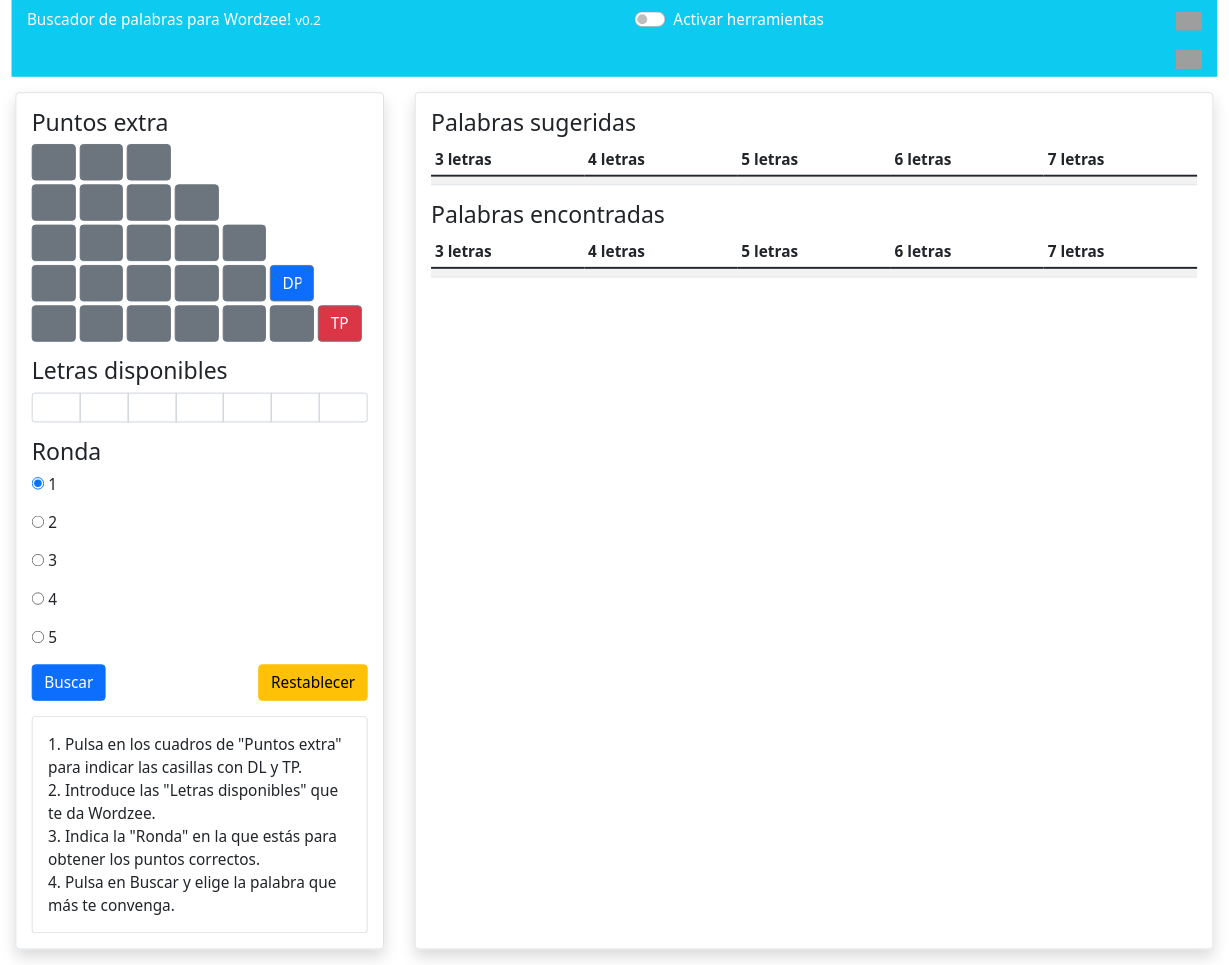
Repository: angelcafe/wordzee-bp_javascript
Page: index.html
The author's editor kept a copy of each file at every save. The page is drawn from the files as they stood at one save, then again after the next save.
The browser window is 1280 px wide. The pictures show the whole page, at 96% of full size.
Pictures or frames that could not be fetched are drawn as grey boxes.

Above is the page before, as saved 2021-10-22 22:12:37.

### index.html
<!DOCTYPE html>
<html lang="es">

<head>
    <meta charset="UTF-8">
    <meta name="viewport" content="width=device-width, initial-scale=1">
    <meta http-equiv="Expires" content="0">
    <meta http-equiv="Last-Modified" content="0">
    <meta http-equiv="Cache-Control" content="no-cache, mustrevalidate">
    <meta http-equiv="Pragma" content="no-cache">
    <link rel="icon" href="favicon.ico" type="image/ico" />
    <link rel="stylesheet" href="https://cdn.jsdelivr.net/npm/bootstrap@5.1.3/dist/css/bootstrap.min.css" integrity="sha384-1BmE4kWBq78iYhFldvKuhfTAU6auU8tT94WrHftjDbrCEXSU1oBoqyl2QvZ6jIW3" crossorigin="anonymous">
    <link rel="stylesheet" href="https://cdn.jsdelivr.net/npm/bootstrap-icons@1.5.0/font/bootstrap-icons.css">
    <link rel="stylesheet" href="index.css">
    <title>Busca palabras</title>
</head>

<body>
    <div class="container-fluid">
        <!-- Cabecera -->
        <nav class="nav d-flex justify-content-between bg-info">
            <li class="nav-item">
                <span class="nav-link text-white">Buscador de palabras para Wordzee! <small>v0.2</small></span>
            </li>
            <li class="nav-item">
                <div class="nav-link text-white form-check form-switch">
                    <input class="form-check-input" type="checkbox" role="switch" id="idActivarHerramientas">
                    <label class="form-check-label" for="idActivarHerramientas">Activar herramientas</label>
                </div>
            </li>
            <li class="nav-item">
                <a class="nav-link" href="https://www.facebook.com/BuscaPalabras-para-Wordzee-106324508497974" target="_blank"><img src="https://upload.wikimedia.org/wikipedia/commons/5/51/Facebook_f_logo_%282019%29.svg" height="20"></a>
                <a class="nav-link" href="https://t.me/buscadorwordzee" target="_blank"><img src="https://upload.wikimedia.org/wikipedia/commons/thumb/8/83/Telegram_2019_Logo.svg/2048px-Telegram_2019_Logo.svg.png" height="20"></a>
            </li>
        </nav>
        <div class="row">
            <!-- Puntos extra -->
            <div id="idPuntosExtra" class="col border shadow rounded m-3 p-3">
                <form name="principal" id="principal" method="POST">
                    <h4>Puntos extra</h4>
                    <div class="p-0 mb-1">
                        <input type="text" name="pal3let1" id="pal3let1" class="btn btn-secondary bg-info" value="" readonly>
                        <input type="text" name="pal3let2" id="pal3let2" class="btn btn-secondary info" value="" readonly>
                        <input type="text" name="pal3let3" id="pal3let3" class="btn btn-secondary info" value="" readonly>
                    </div>
                    <div class="p-0 mb-1">
                        <input type="text" name="pal4let1" id="pal4let1" class="btn btn-secondary info" value="" readonly>
                        <input type="text" name="pal4let2" id="pal4let2" class="btn btn-secondary info" value="" readonly>
                        <input type="text" name="pal4let3" id="pal4let3" class="btn btn-secondary info" value="" readonly>
                        <input type="text" name="pal4let4" id="pal4let4" class="btn btn-secondary info" value="" readonly>
                    </div>
                    <div class="p-0 mb-1">
                        <input type="text" name="pal5let1" id="pal5let1" class="btn btn-secondary info" value="" readonly>
                        <input type="text" name="pal5let2" id="pal5let2" class="btn btn-secondary info" value="" readonly>
                        <input type="text" name="pal5let3" id="pal5let3" class="btn btn-secondary info" value="" readonly>
                        <input type="text" name="pal5let4" id="pal5let4" class="btn btn-secondary info" value="" readonly>
                        <input type="text" name="pal5let5" id="pal5let5" class="btn btn-secondary info" value="" readonly>
                    </div>
                    <div class="p-0 mb-1">
                        <input type="text" name="pal6let1" id="pal6let1" class="btn btn-secondary info" value="" readonly>
                        <input type="text" name="pal6let2" id="pal6let2" class="btn btn-secondary info" value="" readonly>
                        <input type="text" name="pal6let3" id="pal6let3" class="btn btn-secondary info" value="" readonly>
                        <input type="text" name="pal6let4" id="pal6let4" class="btn btn-secondary info" value="" readonly>
                        <input type="text" name="pal6let5" id="pal6let5" class="btn btn-secondary info" value="" readonly>
                        <input type="text" name="pal6let6" id="pal6let6" class="btn btn-secondary info" value="" readonly>
                    </div>
                    <div class="p-0 mb-3">
                        <input type="text" name="pal7let1" id="pal7let1" class="btn btn-secondary info" value="" readonly>
                        <input type="text" name="pal7let2" id="pal7let2" class="btn btn-secondary info" value="" readonly>
                        <input type="text" name="pal7let3" id="pal7let3" class="btn btn-secondary info" value="" readonly>
                        <input type="text" name="pal7let4" id="pal7let4" class="btn btn-secondary info" value="" readonly>
                        <input type="text" name="pal7let5" id="pal7let5" class="btn btn-secondary info" value="" readonly>
                        <input type="text" name="pal7let6" id="pal7let6" class="btn btn-secondary info" value="" readonly>
                        <input type="text" name="pal7let7" id="pal7let7" class="btn btn-secondary info" value="" readonly>
                    </div>
                    <h4>Letras disponibles</h4>
                    <div class="input-group input-group-sm mb-3" id="letras">
                        <input name="letra1" id="idLetra1" type="text" size="1" maxlength="1" autocomplete="off" required="required" class="form-control text-uppercase" value="">
                        <input name="letra2" id="idLetra2" type="text" size="1" maxlength="1" autocomplete="off" required="required" class="form-control text-uppercase" value="">
                        <input name="letra3" id="idLetra3" type="text" size="1" maxlength="1" autocomplete="off" required="required" class="form-control text-uppercase" value="">
                        <input name="letra4" id="idLetra4" type="text" size="1" maxlength="1" autocomplete="off" required="required" class="form-control text-uppercase" value="">
                        <input name="letra5" id="idLetra5" type="text" size="1" maxlength="1" autocomplete="off" required="required" class="form-control text-uppercase" value="">
                        <input name="letra6" id="idLetra6" type="text" size="1" maxlength="1" autocomplete="off" required="required" class="form-control text-uppercase" value="">
                        <input name="letra7" id="idLetra7" type="text" size="1" maxlength="1" autocomplete="off" required="required" class="form-control text-uppercase" value="">
                    </div>
                    <h4>Ronda</h4>
                    <div class="custom-control custom-radio custom-control-inline mb-3">
                        <input type="radio" id="idRonda1" name="ronda" value="1" class="custom-control-input" checked>
                        <label class="custom-control-label" for="idRonda1">1</label>
                    </div>
                    <div class="custom-control custom-radio custom-control-inline mb-3">
                        <input type="radio" id="idRonda2" name="ronda" value="2" class="custom-control-input">
                        <label class="custom-control-label" for="idRonda2">2</label>
                    </div>
                    <div class="custom-control custom-radio custom-control-inline mb-3">
                        <input type="radio" id="idRonda3" name="ronda" value="3" class="custom-control-input">
                        <label class="custom-control-label" for="idRonda3">3</label>
                    </div>
                    <div class="custom-control custom-radio custom-control-inline mb-3">
                        <input type="radio" id="idRonda4" name="ronda" value="4" class="custom-control-input">
                        <label class="custom-control-label" for="idRonda4">4</label>
                    </div>
                    <div class="custom-control custom-radio custom-control-inline mb-3">
                        <input type="radio" id="idRonda5" name="ronda" value="5" class="custom-control-input">
                        <label class="custom-control-label" for="idRonda5">5</label>
                    </div>
                    <div class="btn-toolbar justify-content-between mt-1">
                        <button type="submit" class="btn btn-primary">Buscar</button>
                        <button type="button" onclick="restablecer()" class="btn btn-warning">Restablecer</button>
                    </div>
                </form>
                <div class="card mt-3">
                    <div class="card-body">
                        1. Pulsa en los cuadros de "Puntos extra" para indicar las casillas con DL y TP.
                        <br>
                        2. Introduce las "Letras disponibles" que te da Wordzee.
                        <br>
                        3. Indica la "Ronda" en la que estás para obtener los puntos correctos.
                        <br>
                        4. Pulsa en Buscar y elige la palabra que más te convenga.
                    </div>
                </div>
            </div>
            <!-- Herramientas -->
            <div id="idHerramientas" class="herramientas d-none border col m-3 p-3 shadow rounded">
                <h4>Herramientas</h4>
                <form class="row">
                    <div class="col">Palabra nueva:</div>
                    <div class="col">
                        <input name="palabraGuardar" id="palabraGuardar" type="text" minlength="3" maxlength="7" autocomplete="off" required="required" class="form-control text-uppercase" value="">
                    </div>
                    <div class="col">
                        <button id="idGuardar" type="button" class="btn btn-primary">Guardar</button>
                    </div>
                </form>
                <form class="row mt-3">
                    <div class="col">Borrar palabra:</div>
                    <div class="col">
                        <input name="palabraBorrar" id="palabraBorrar" type="text" minlength="3" maxlength="7" autocomplete="off" required="required" class="form-control text-uppercase" value="">
                    </div>
                    <div class="col">
                        <button id="idBorrar" type="button" class="btn btn-danger">Borrar</button>
                    </div>
                </form>
                <form class="row mt-3">
                    <div class="col">Exportar JSON:</div>
                    <div class="col"></div>
                    <div class="col">
                        <button type="button" onclick="palabras.exportar()" class="btn btn-primary">Exportar</button>
                    </div>
                </form>
                <form class="row mt-3">
                    <div class="col">Importar JSON:</div>
                    <div class="col custom-file">
                        <input type="file" class="custom-file-input" accept=".json" id="formFile" required="required">
                        <label class="custom-file-label" for="formFile" data-browse="Elegir"></label>
                    </div>
                    <div class="col input-group-append">
                        <button type="button" class="btn btn-warning" onclick="palabras.importar()">Importar</button>
                    </div>
                </form>
            </div>
            <div class="border col m-3 p-3 shadow rounded">
                <!-- Palabras sugeridas -->
                <h4>Palabras sugeridas</h4>
                <table class="table table-sm table-striped table-hover">
                    <thead>
                        <tr>
                            <th>3 letras</th>
                            <th>4 letras</th>
                            <th>5 letras</th>
                            <th>6 letras</th>
                            <th>7 letras</th>
                        </tr>
                    </thead>
                    <tbody>
                        <tr>
                            <td class="noselect"></td>
                            <td class="noselect"></td>
                            <td class="noselect"></td>
                            <td class="noselect"></td>
                            <td class="noselect"></td>
                        </tr>
                    </tbody>
                </table>
                <!-- Palabras encontradas -->
                <h4>Palabras encontradas</h4>
                <table class="table table-sm table-striped table-hover">
                    <thead>
                        <tr>
                            <th>3 letras</th>
                            <th>4 letras</th>
                            <th>5 letras</th>
                            <th>6 letras</th>
                            <th>7 letras</th>
                        </tr>
                    </thead>
                    <tbody>
                        <tr>
                            <td class="menu palenc noselect"></td>
                            <td class="menu palenc noselect"></td>
                            <td class="menu palenc noselect"></td>
                            <td class="menu palenc noselect"></td>
                            <td class="menu palenc noselect"></td>
                        </tr>
                    </tbody>
                </table>
            </div>
        </div>
    </div>
    <div id="modalAlert" class="modal fade" tabindex="-1">
        <div class="modal-dialog">
            <div class="modal-content">
                <div class="modal-header">
                    <h5 class="modal-title"></h5>
                    <button type="button" class="close" data-dismiss="modal" aria-label="Close"></button>
                </div>
                <div class="modal-body">
                    <p>Importación finalizada.</p>
                </div>
                <div class="modal-footer">
                    <button type="button" class="close" data-dismiss="modal" aria-label="Cerrar">
                        <span aria-hidden="true">&times;</span>
                    </button>
                </div>
            </div>
        </div>
    </div>
    <div id="menu">
        <div>
            <i class="bi bi-eraser-fill"></i> Borrar <span id="idBorrarPalabra"></span> de la Base de Datos
        </div>
    </div>
    <script src="https://cdn.jsdelivr.net/npm/bootstrap@5.1.3/dist/js/bootstrap.bundle.min.js" integrity="sha384-ka7Sk0Gln4gmtz2MlQnikT1wXgYsOg+OMhuP+IlRH9sENBO0LRn5q+8nbTov4+1p" crossorigin="anonymous"></script>
    <script src="index.js"></script>
</body>

</html>

### index.css
.btn-secondary {
    width: 13%;
}
.noselect {
    -webkit-touch-callout: none; /* iOS Safari */
    -webkit-user-select: none; /* Safari */
    -khtml-user-select: none; /* Konqueror HTML */
    -moz-user-select: none; /* Firefox */
    -ms-user-select: none; /* Internet Explorer/Edge */
    user-select: none; /* Non-prefixed version, currently
                        supported by Chrome and Opera */
}
.palenc {
    cursor: pointer;
}
.rosa {
    background-color: pink;
}
#idPuntosExtra {
    max-width: 24em;
    min-width: 24em;
}
.herramientas {
    max-width: 26em;
    min-width: 24em;
}
#idBorrarPalabra,
#idBotonBuscaPalabras {
    cursor: pointer;
}
#menu {
    position: absolute;
    display: none;
    padding: 0px;
    font-family: sans-serif;
    font-size: 15px;
    background: #fff;
    color: #555;
    border: 1px solid #C6C6C6;
    -webkit-transition: opacity .5s ease-in-out;
    -moz-transition: opacity .5s ease-in-out;
    transition: opacity .5s ease-in-out;
    -webkit-box-shadow: 2px 2px 2px 0px rgba(143, 144, 145, 1);
    -moz-box-shadow: 2px 2px 2px 0px rgba(143, 144, 145, 1);
    box-shadow: 2px 2px 2px 0px rgba(143, 144, 145, 1);
}
#menu div {
    display: block;
    color: #555;
    text-decoration: none;
    padding: 6px 8px 6px 8px;
    width: 294px;
    position: relative;
}
#menu div img,
#menu div i.fa {
    height: 20px;
    font-size: 17px;
    width: 20px;
    position: absolute;
    left: 5px;
    top: 2px;
}
#menu span:hover {
    color: #fff;
    background: #69a0f1;
}
#menu span {
    font-weight: bold;
}

Loaded but not shown: index.js (204 lines, source omitted)

After the next save:
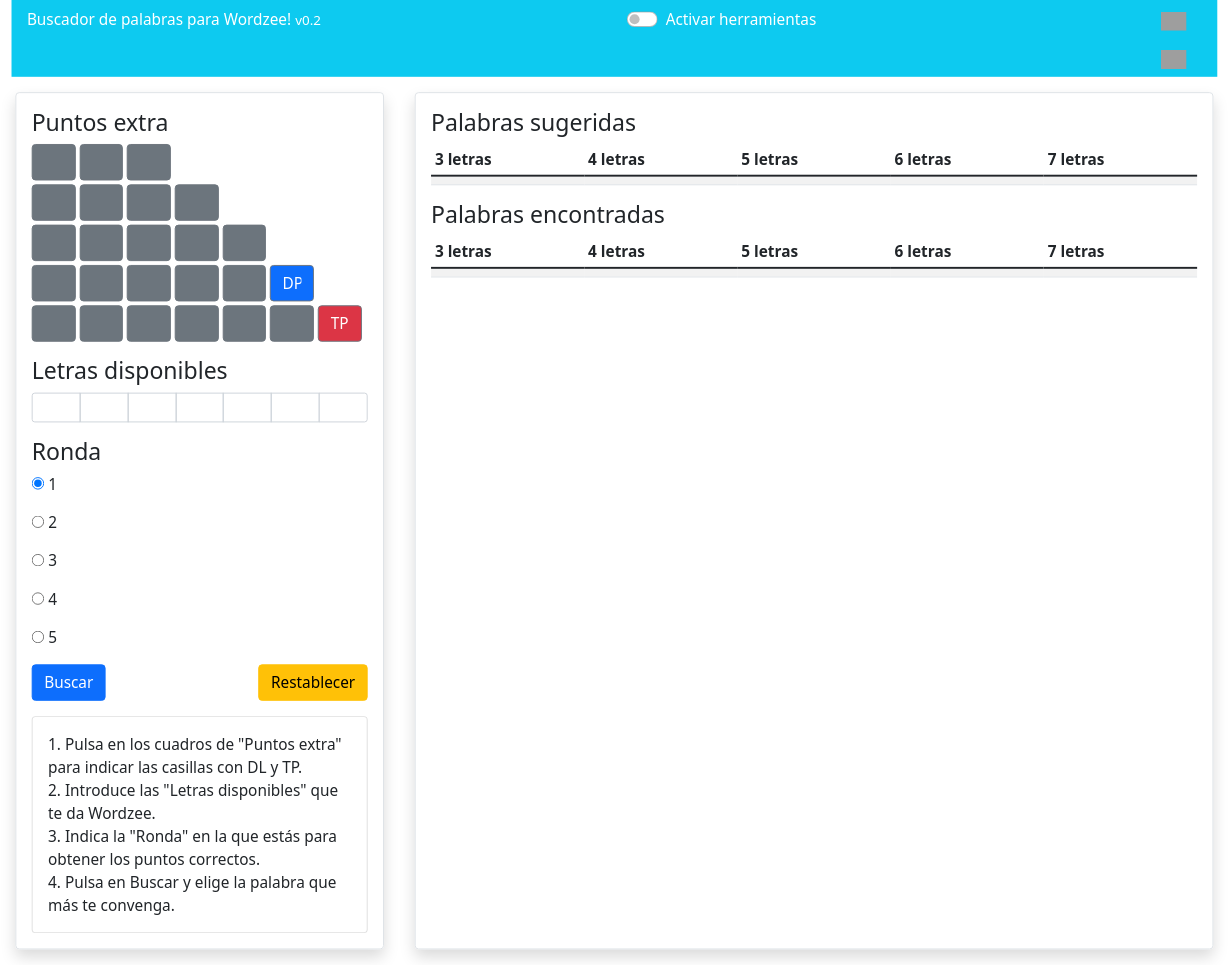
Saved 15 s later.
--- a/index.html
+++ b/index.html
@@ -28,7 +28,7 @@
                     <label class="form-check-label" for="idActivarHerramientas">Activar herramientas</label>
                 </div>
             </li>
-            <li class="nav-item">
+            <li class="nav-item form-check-inline">
                 <a class="nav-link" href="https://www.facebook.com/BuscaPalabras-para-Wordzee-106324508497974" target="_blank"><img src="https://upload.wikimedia.org/wikipedia/commons/5/51/Facebook_f_logo_%282019%29.svg" height="20"></a>
                 <a class="nav-link" href="https://t.me/buscadorwordzee" target="_blank"><img src="https://upload.wikimedia.org/wikipedia/commons/thumb/8/83/Telegram_2019_Logo.svg/2048px-Telegram_2019_Logo.svg.png" height="20"></a>
             </li>
